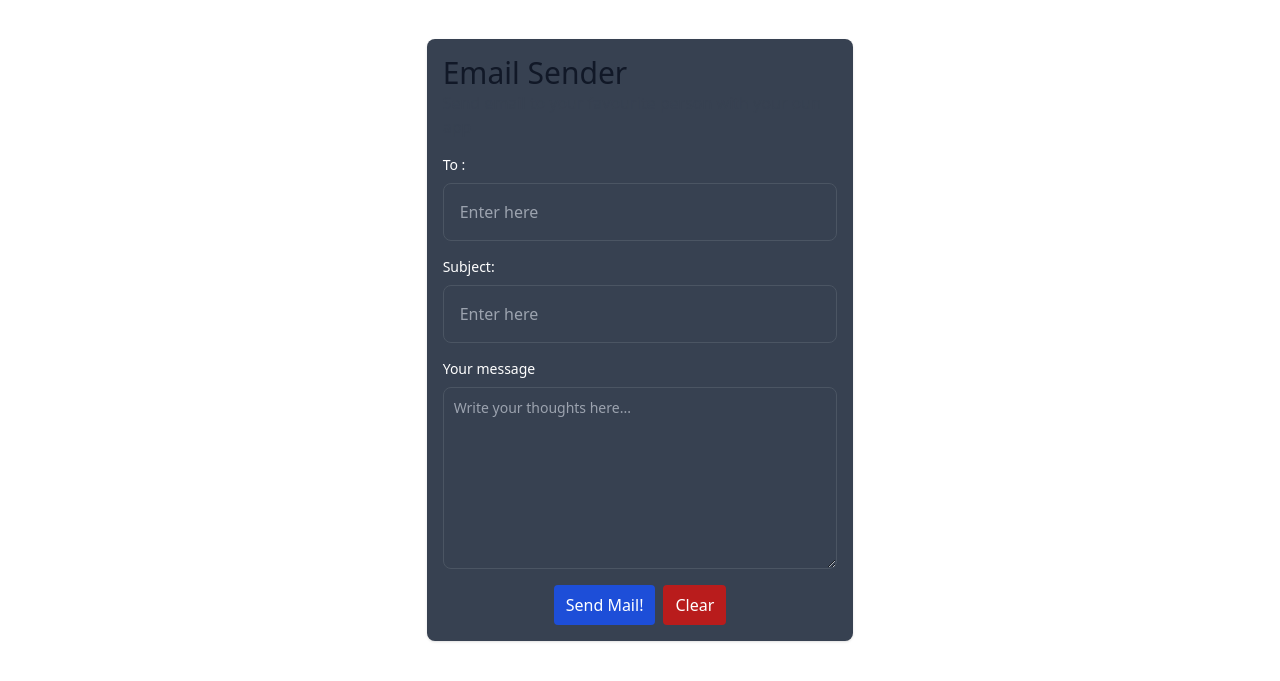
Repository: vikas-1234/EmailReactProject
Page: / (app in email-sender/)
These files come from the project's save history. The page is drawn as it stood at one moment and after the next save; the edit follows.
The browser window is 1280 px wide. The pictures show the whole page.
The project was rebuilt for these pictures with package versions that can differ from the ones it lists, and the page was loaded fresh each time. Also part of the build but not shown: email-sender/vite.config.js, email-sender/src/App.css.

Above is the page before, as saved 2024-04-21 12:19:16.

### email-sender/index.html
<!doctype html>
<html lang="en" class="dark">
  <head>
    <meta charset="UTF-8" />
    <link rel="icon" type="image/svg+xml" href="/vite.svg" />
    <meta name="viewport" content="width=device-width, initial-scale=1.0" />
    <title>Email Sender</title>
  </head>
  <body className="bg-gray-200 dark:bg-gray-800">
    <div id="root"></div>
    <script type="module" src="/src/main.jsx"></script>
  </body>
</html>

### email-sender/src/App.jsx

import { Toaster } from 'react-hot-toast'
import './App.css'
import EmailSender from './components/EmailSender'

function App() {


  return (
    <>
      <EmailSender/>
      <Toaster/>
    </>
  )
}

export default App

### email-sender/src/components/EmailSender.jsx
import { useState } from "react";
import toast from "react-hot-toast";
import { sendEmail } from "../services/email.services";
function EmailSender() {
  const [emailData, setEmailData] = useState({
    to: "",
    subject: "",
    message: "",
  });

  const [sending, setSending] = useState(false);

  async function handleFieldChange(event, name) {
    setEmailData({ ...emailData, [name]: event.target.value });
  }

  async function handleSubmit(event) {
    event.preventDefault();

    if (
      emailData.to === "" ||
      emailData.subject === "" ||
      emailData.message === ""
    ) {
      alert("Please fill all the fields");
      toast.error("Invalid Fields!!");
      return;
    }

    try {
      setSending(true);
      await sendEmail(emailData);
      toast.success("Email Data has been sent successfully");
      toast.success("Send Another One Data");
      setEmailData({
        to: "",
        subject: "",
        message: "",
      });
      console.log(emailData);
    } catch (error) {
      toast.error("Email not send!!!");
      console.log(emailData);
    } finally {
      setSending(false);
    }

    console.log(emailData);
  }

  return (
    <div className="w-full min-h-screen flex justify-center items-center">
      <div className="email_card md:w-1/3 w-full -mt-10 mx-4 md:mx-0 dark:bg-gray-700 dark:text-white dark:border-none  bg-white p-4 border rounded-lg shadow">
        <h1 className="text-gray-900 text-3xl">Email Sender</h1>
        <p className="text-gray-700">
          {" "}
          Send email to your favourite person with your oun app{" "}
        </p>

        <form action="" onSubmit={handleSubmit}>
          {/* To Section */}

          <div className="input_field mt-4">
            <label
              htmlFor="large-input"
              className="block mb-2 text-sm font-medium text-gray-900 dark:text-white"
            >
              To :
            </label>
            <input
              type="text"
              value={emailData.to}
              onChange={(event) => handleFieldChange(event, "to")}
              placeholder="Enter here"
              id="large-input"
              className="block w-full p-4 text-gray-900 border border-gray-300 rounded-lg bg-gray-50 text-base focus:ring-blue-500 focus:border-blue-500 dark:bg-gray-700 dark:border-gray-600 dark:placeholder-gray-400 dark:text-white dark:focus:ring-blue-500 dark:focus:border-blue-500"
            ></input>
          </div>
          {/* To Subject */}

          <div className="input_field mt-4">
            <label
              htmlFor="large-input"
              className="block mb-2 text-sm font-medium text-gray-900 dark:text-white"
            >
              Subject:
            </label>
            <input
              type="text"
              value={emailData.subject}
              onChange={(event) => handleFieldChange(event, "subject")}
              placeholder="Enter here"
              id="large-input"
              className="block w-full p-4 text-gray-900 border border-gray-300 rounded-lg bg-gray-50 text-base focus:ring-blue-500 focus:border-blue-500 dark:bg-gray-700 dark:border-gray-600 dark:placeholder-gray-400 dark:text-white dark:focus:ring-blue-500 dark:focus:border-blue-500"
            ></input>
          </div>

          {/* Message Section */}

          <div className="form_field mt-4">
            <label
              htmlFor="message"
              className="block mb-2 text-sm font-medium text-gray-900 dark:text-white"
            >
              Your message
            </label>
            <textarea
              id="message"
              value={emailData.message}
              onChange={(event) => handleFieldChange(event, "message")}
              rows="8"
              className="block p-2.5 w-full text-sm text-gray-900 bg-gray-50 rounded-lg border border-gray-300 focus:ring-blue-500 focus:border-blue-500 dark:bg-gray-700 dark:border-gray-600 dark:placeholder-gray-400 dark:text-white dark:focus:ring-blue-500 dark:focus:border-blue-500"
              placeholder="Write your thoughts here..."
            ></textarea>
          </div>

          {/* Loader Section */}
          {sending && (
            <div className="loader flex-col gap-2 items-center justify-center flex mt-4">
              <div role="status">
                <svg
                  aria-hidden="true"
                  className="w-8 h-8 text-gray-200 animate-spin dark:text-gray-600 fill-blue-600"
                  viewBox="0 0 100 101"
                  fill="none"
                  xmlns="http://www.w3.org/2000/svg"
                >
                  <path
                    d="M100 50.5908C100 78.2051 77.6142 100.591 50 100.591C22.3858 100.591 0 78.2051 0 50.5908C0 22.9766 22.3858 0.59082 50 0.59082C77.6142 0.59082 100 22.9766 100 50.5908ZM9.08144 50.5908C9.08144 73.1895 27.4013 91.5094 50 91.5094C72.5987 91.5094 90.9186 73.1895 90.9186 50.5908C90.9186 27.9921 72.5987 9.67226 50 9.67226C27.4013 9.67226 9.08144 27.9921 9.08144 50.5908Z"
                    fill="currentColor"
                  />
                  <path
                    d="M93.9676 39.0409C96.393 38.4038 97.8624 35.9116 97.0079 33.5539C95.2932 28.8227 92.871 24.3692 89.8167 20.348C85.8452 15.1192 80.8826 10.7238 75.2124 7.41289C69.5422 4.10194 63.2754 1.94025 56.7698 1.05124C51.7666 0.367541 46.6976 0.446843 41.7345 1.27873C39.2613 1.69328 37.813 4.19778 38.4501 6.62326C39.0873 9.04874 41.5694 10.4717 44.0505 10.1071C47.8511 9.54855 51.7191 9.52689 55.5402 10.0491C60.8642 10.7766 65.9928 12.5457 70.6331 15.2552C75.2735 17.9648 79.3347 21.5619 82.5849 25.841C84.9175 28.9121 86.7997 32.2913 88.1811 35.8758C89.083 38.2158 91.5421 39.6781 93.9676 39.0409Z"
                    fill="currentFill"
                  />
                </svg>
                <span className="sr-only">Loading...</span>
              </div>
              <h1>Sending an Email......</h1>
            </div>
          )}

          <div className="button_container mt-4 flex justify-center gap-2">
            <button
            disabled={sending}
              type="submit"
              className="hover:bg-blue-900 text-white bg-blue-700 px-3 py-2 rounded"
            >
              Send Mail!
            </button>
            <button className="hover:bg-red-900 text-white bg-red-700 px-3 py-2 rounded">
              Clear
            </button>
          </div>
        </form>
      </div>
    </div>
  );
}

export default EmailSender;

### email-sender/src/services/email.services.jsx

import { customAxios } from "./helper";

export async function sendEmail(emailData) {
    const result=(await customAxios.post(`/send`, emailData)).data;
    return  result;

  // .then((response) => {
    //     alert('Email sent successfully:', response.data);
    //     return response.data;
    // })
    // .catch((error) => {
    //     alert('Error sending email:', error);
    //     throw error;
    // })
}

### email-sender/src/services/helper.jsx
import axios from 'axios'

const baseURL = "http://localhost:8080/api/v1/email";
//  const baseURL = '/api/v1'; // Use this for production.
export const customAxios=axios.create({
    baseURL: baseURL,

});

### email-sender/tailwind.config.js
/** @type {import('tailwindcss').Config} */
export default {
  content: ["./index.html",
  "./src/**/*.{js,ts,jsx,tsx}",],
  theme: {
    extend: {},
  },
  plugins: [],
  darkMode:'selector',
}

Loaded but not shown: email-sender/src/main.jsx (common file); email-sender/src/index.css (common file)

After the next save:
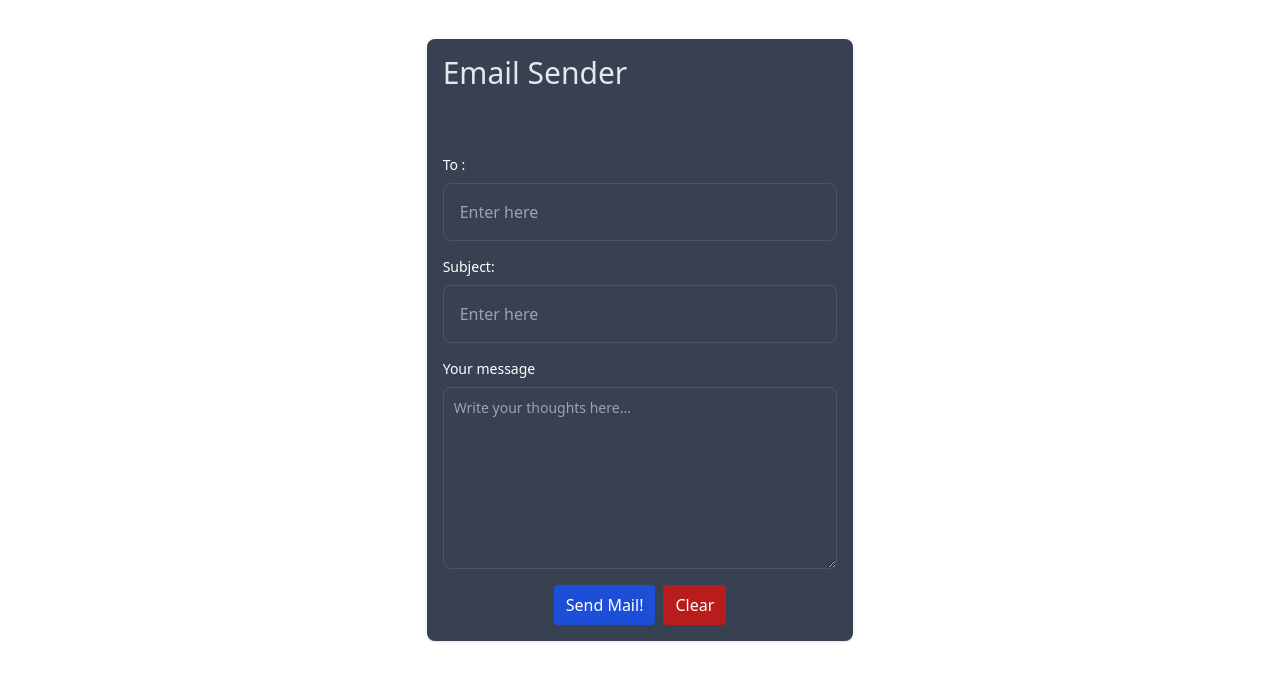
Saved 67 s later.
--- a/email-sender/src/components/EmailSender.jsx
+++ b/email-sender/src/components/EmailSender.jsx
@@ -51,7 +51,7 @@ function EmailSender() {
   return (
     <div className="w-full min-h-screen flex justify-center items-center">
       <div className="email_card md:w-1/3 w-full -mt-10 mx-4 md:mx-0 dark:bg-gray-700 dark:text-white dark:border-none  bg-white p-4 border rounded-lg shadow">
-        <h1 className="text-gray-900 text-3xl">Email Sender</h1>
+        <h1 className="text-gray-900  dark:text-gray-200    text-3xl">Email Sender</h1>
         <p className="text-gray-700">
           {" "}
           Send email to your favourite person with your oun app{" "}
